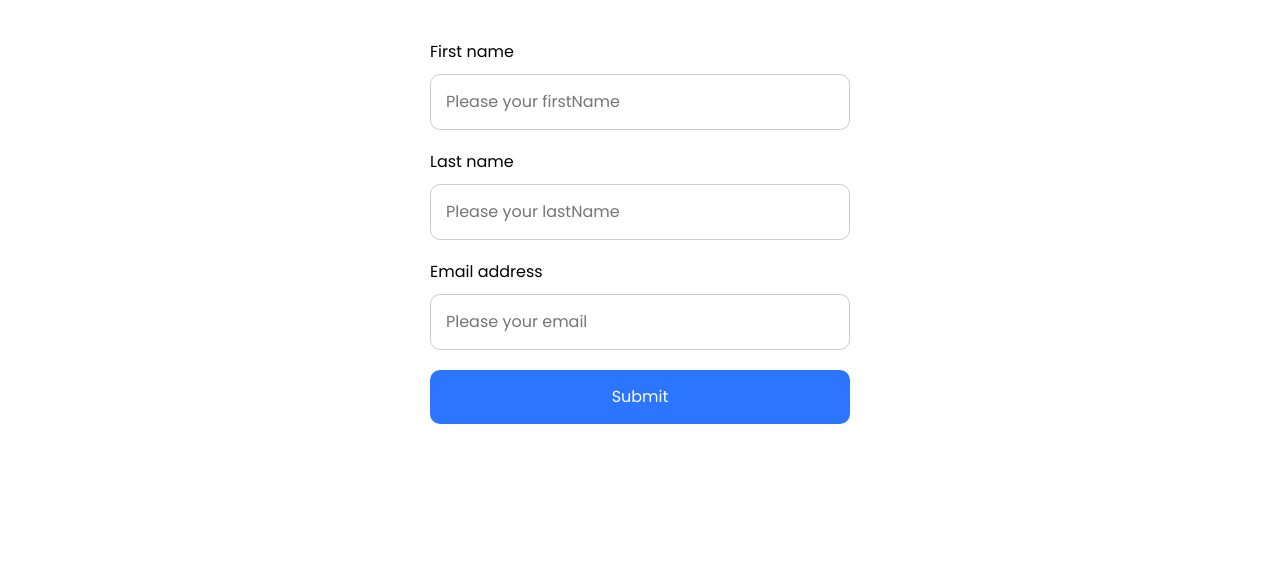
Repository: hoang0508/ReactJsDevWork
Page: /
The author's editor kept a copy of each file at every save. The page is drawn from the files as they stood at one save, then again after a run of saves.
The browser window is 1280 px wide. The pictures show the whole page.
The project was rebuilt for these pictures with package versions that can differ from the ones it lists, and the page was loaded fresh each time.

Above is the page before, as saved 2022-02-23 09:27:30.

After the next 3 saves:
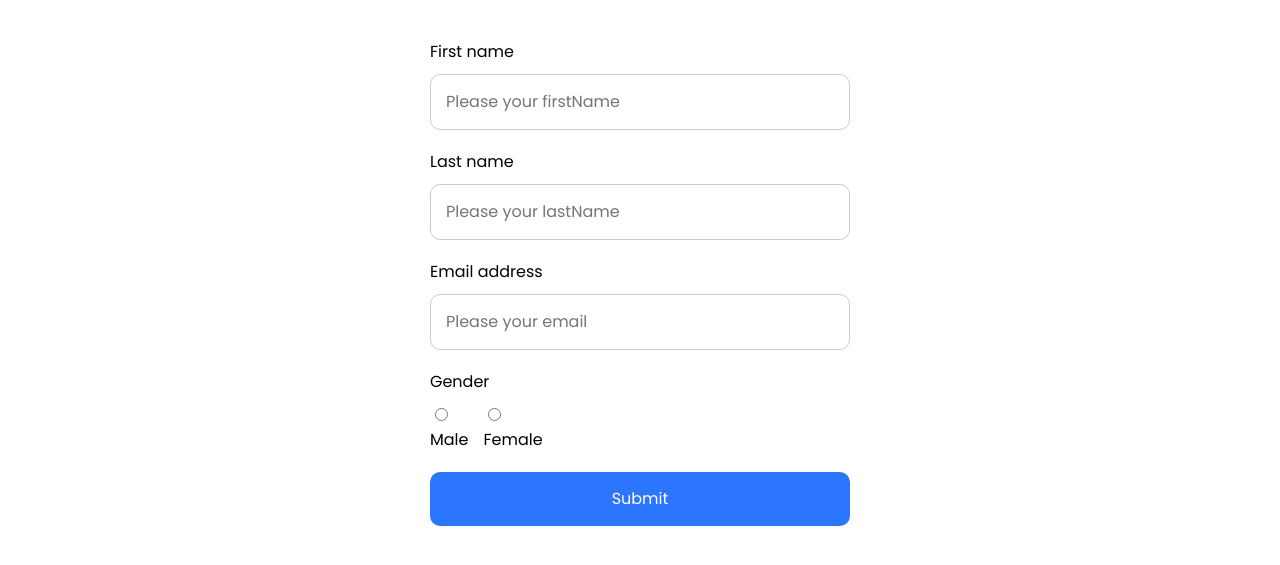
The 3 saves are shown as one change because 2 did not build or start.
The last was saved 3 min 59 s later.
--- a/src/components/Form/FormUseHook.js
+++ b/src/components/Form/FormUseHook.js
@@ -4,6 +4,7 @@ import "./Form.scss";
 import { yupResolver } from "@hookform/resolvers/yup";
 import * as Yup from "yup";
 import MyInput from "./Input";
+import Radio from "./Radio";
 
 // Validation với Yup
 const schema = Yup.object({
@@ -111,6 +112,21 @@ const FormUseHook = () => {
           <div className="form-error">{errors.email.message}</div>
         )}
       </div>
+      <div className="form-group">
+        <label htmlFor="email" className="form-label">
+          Gender
+        </label>
+        <div className="form-list">
+          <div className="form-item">
+            <Radio control={control} name="gender" value="male" />
+            <span>Male</span>
+          </div>
+          <div className="form-item">
+            <Radio control={control} name="gender" value="female" />
+            <span>Female</span>
+          </div>
+        </div>
+      </div>
       <div>
         <button type="submit" className="form-btn">
           Submit
--- a/src/components/Form/Form.scss
+++ b/src/components/Form/Form.scss
@@ -17,6 +17,11 @@
     border-radius: 10px;
     outline: none;
   }
+  &-list {
+    display: flex;
+    align-items: center;
+    gap: 0 15px;
+  }
   &-btn {
     background-color: #2c76ff;
     color: #fff;
